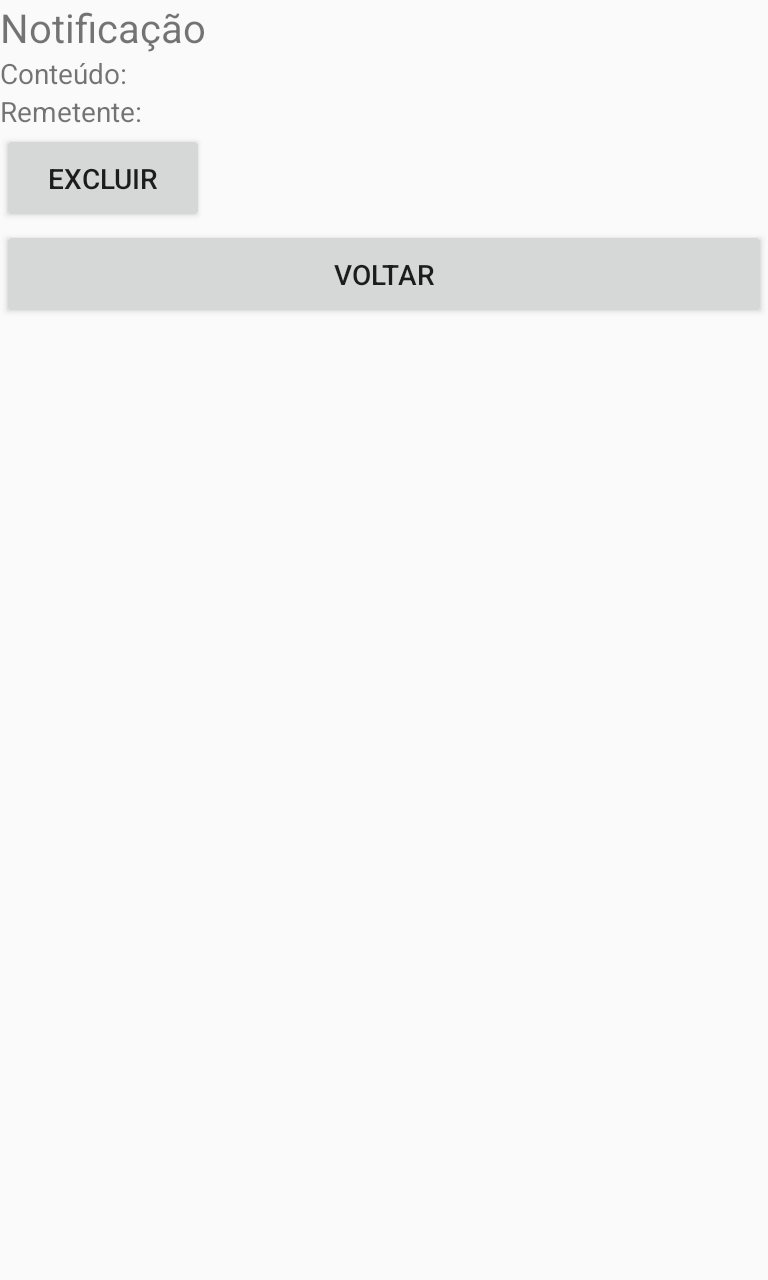
Repository: luizhenrique-dev/repositorio-mobile
Layout: ProjetoFinalMobile/UFGMemo/res/layout/fragment_notificacao.xml
These files come from the project's save history. The layout is drawn as it stood at one moment and after the next save; the edit follows.
It is drawn on a 768 x 1280 px phone screen (xhdpi) without system bars, with theme AppTheme; the app's code is not run.

Above is the layout before, as saved 2014-04-27 02:50:35.

### ProjetoFinalMobile/UFGMemo/res/layout/fragment_notificacao.xml
<?xml version="1.0" encoding="utf-8"?>
<TableLayout xmlns:android="http://schemas.android.com/apk/res/android"
    android:layout_width="fill_parent"
    android:layout_height="fill_parent"
    android:stretchColumns="1" >

    <TableRow>

        <TextView
            android:text="Notificação"
            android:textSize="20sp" />
    </TableRow>

    <TableRow>

        <TextView android:text="Conteúdo:" />

        <TextView android:id="@+id/conteudo" />
    </TableRow>

    <TableRow>

        <TextView android:text="Remetente:" />

        <TextView android:id="@+id/remetente" />
    </TableRow>

    <TableRow>
    <Button
        android:id="@+id/excluir"
        android:layout_width="fill_parent"
        android:layout_height="wrap_content"
        android:text="Excluir" />
</TableRow>

    <Button
        android:id="@+id/voltar"
        android:layout_width="fill_parent"
        android:layout_height="wrap_content"
        android:text="Voltar" />

</TableLayout>

Loaded but not shown: ProjetoFinalMobile/UFGMemo/res/values/styles.xml (common file); ProjetoFinalMobile/UFGMemo/res/values-v11/styles.xml (common file); ProjetoFinalMobile/UFGMemo/res/values-v14/styles.xml (common file)

After the next save:
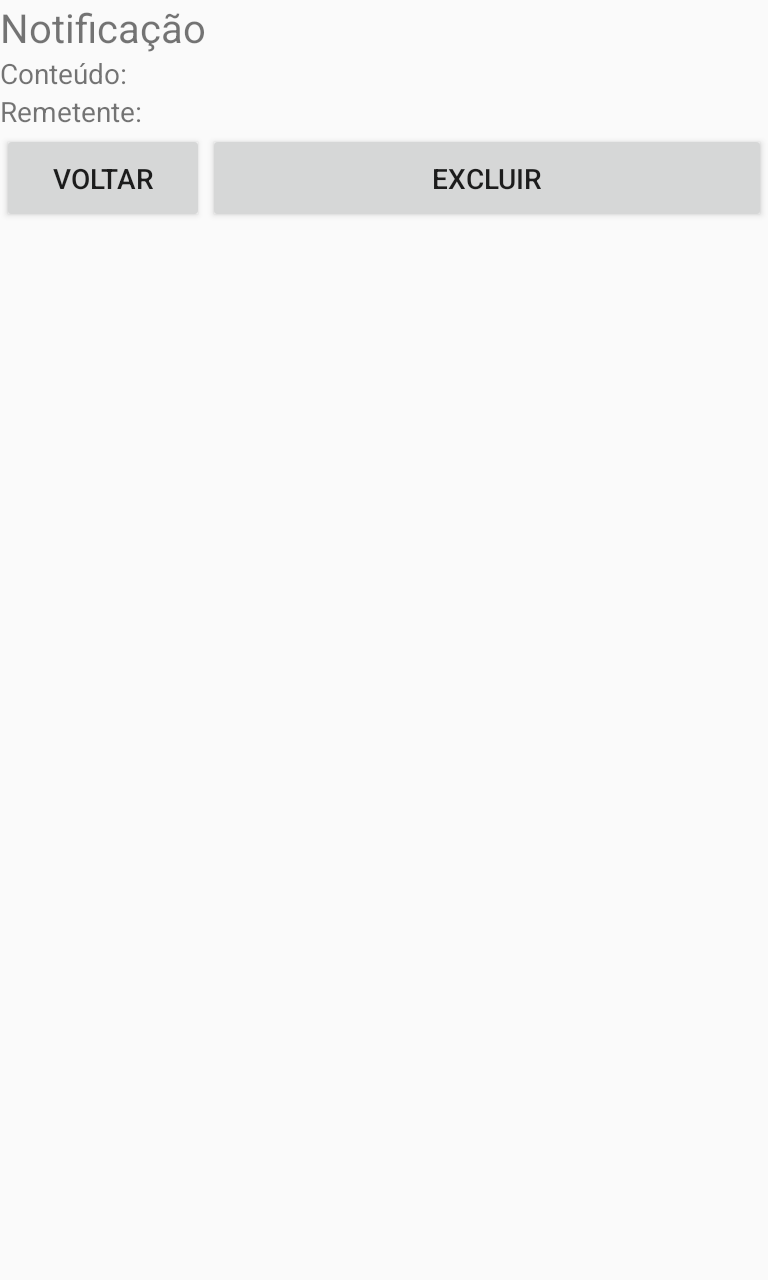
Saved 64 s later.
--- a/ProjetoFinalMobile/UFGMemo/res/layout/fragment_notificacao.xml
+++ b/ProjetoFinalMobile/UFGMemo/res/layout/fragment_notificacao.xml
@@ -26,17 +26,18 @@
     </TableRow>
 
     <TableRow>
-    <Button
-        android:id="@+id/excluir"
-        android:layout_width="fill_parent"
-        android:layout_height="wrap_content"
-        android:text="Excluir" />
-</TableRow>
 
-    <Button
-        android:id="@+id/voltar"
-        android:layout_width="fill_parent"
-        android:layout_height="wrap_content"
-        android:text="Voltar" />
+        <Button
+            android:id="@+id/voltar"
+            android:layout_width="fill_parent"
+            android:layout_height="wrap_content"
+            android:text="Voltar" />
+
+        <Button
+            android:id="@+id/excluir"
+            android:layout_width="fill_parent"
+            android:layout_height="wrap_content"
+            android:text="Excluir" />
+    </TableRow>
 
 </TableLayout>
